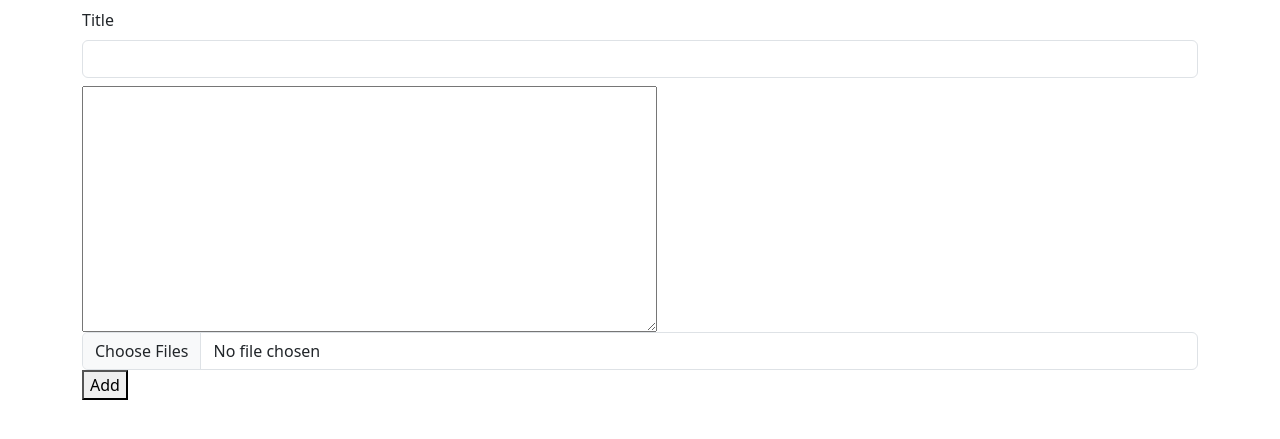
Repository: wasimalbokae2000/blogs
Page: http://localhost/posts/create
An editor plug-in stored every save of this project. The page is shown before and after the next save, followed by the edit.
The browser window is 1280 px wide. The pictures show the whole page.
The page is served by the project's Laravel application, run on PHP 8.4 with Laravel 12. Other server files are loaded and not shown.

Above is the page before, as saved 2024-11-27 23:15:22.

### routes/web.php
<?php

use Illuminate\Support\Facades\Route;
use App\Http\Controllers\PostController;
Route::get('/', function () {
    return view('welcome');
});

Route::get('/posts', [PostController::class, "index"])->name("posts");
Route::get('/posts/create', [PostController::class, "create"] )->name("posts.create");
Route::POST('/posts/store', [PostController::class, "store"] )->name("posts.store");
Route::get('/posts/show/id={id?}', [PostController::class, "show"] )->name("posts.show");
Route::get('/posts/edit/id={id?}', [PostController::class, "edit"] )->name("posts.edit");
Route::POST('/posts/update/id={id?}', [PostController::class, "update"] )->name("posts.update");
Route::get('/posts/delete/id={id?}', [PostController::class, "destroy"] )->name("posts.delete");

### app/Http/Controllers/PostController.php
<?php

namespace App\Http\Controllers;

use App\Models\Post;
use Illuminate\Http\Request;

class PostController extends Controller
{
    /**
     * Display a listing of the resource.
     */
    public function index()
    {
        $posts=Post::all();
        return view("posts.index",compact("posts"));
    }

    /**
     * Show the form for creating a new resource.
     */
    public function create()
    {
        return view("posts.create");
    }

    /**
     * Store a newly created resource in storage.
     */
    public function store(Request $request)
    {

        $arr_images=array();
        if($images=$request->file("image"))
        {
            foreach($images as $image)
            {
                $imgName=$image->getClientOriginalName() . '-'. uniqid() . '.'.$image->getClientOriginalExtension();
                $arr_images[]=$imgName;
                 $image->move(public_path("/images"),$imgName);
            }
            // $imgName=$request->file("image")->getClientOriginalName() . '-'. uniqid() . '.'.$request->file("image")->getClientOriginalExtension();
        }
        $p=Post::create([
            "title"=>$request->title,
            "description"=>$request->description,
            "image"=>implode('|',$arr_images)
            ]);
        if($p)
        return redirect()->route('posts');
        return view("posts.index");
    }

    /**
     * Display the specified resource.
     */
    public function show($id)
    {
        $post=Post::find($id);
        return view("posts.show",compact("post"));
    }
    public function showForEdit($id)
    {

    }

    /**
     * Show the form for editing the specified resource.
     */
    public function edit($id)
    {
        $post=Post::find($id);
        return view("posts.edit",compact("post"));
    }

    /**
     * Update the specified resource in storage.
     */
    public function update(Request $request, $id)
    {
        $post=POST::find($id);
        $post->title=$request->title;
        $post->description=$request->description;
        if($request->hasFile("image"))
        {
            $imgName=$request->file("image")->getClientOriginalName() . '-'. uniqid() . '.'.$request->file("image")->getClientOriginalExtension();
           $request->file("image")->move(public_path("/images"),$imgName);
           $post->image=$imgName;
        }
        $post->save();
        return redirect()->route('posts');
    }

    /**
     * Remove the specified resource from storage.
     */
    public function destroy($id)
    {
        $post = Post::find($id);
        $post->delete();
        return redirect()->route('posts');
    }
}

### resources/views/posts/create.blade.php
<link href="https://cdn.jsdelivr.net/npm/bootstrap@5.3.3/dist/css/bootstrap.min.css" rel="stylesheet" integrity="sha384-QWTKZyjpPEjISv5WaRU9OFeRpok6YctnYmDr5pNlyT2bRjXh0JMhjY6hW+ALEwIH" crossorigin="anonymous">

<div class="container">
    <form action="{{ route("posts.store") }}" enctype="multipart/form-data" method="POST">
        @method("POST")
        @csrf
        <div class="mt-2 mb-2">
            <label for="title" class="form-label">Title</label>
            <input  class="form-control" id="title" >
        </div>
        <textarea name="description" cols="60" rows="10"></textarea>
        <input class="form-control" type="file" name="image[]" multiple>
        <button type="submit">Add</button>
    </form>
</div>

<script src="https://cdn.jsdelivr.net/npm/bootstrap@5.3.3/dist/js/bootstrap.bundle.min.js" integrity="sha384-YvpcrYf0tY3lHB60NNkmXc5s9fDVZLESaAA55NDzOxhy9GkcIdslK1eN7N6jIeHz" crossorigin="anonymous"></script>

Loaded but not shown: app/Http/Controllers/Controller.php (common file)

After the next save:
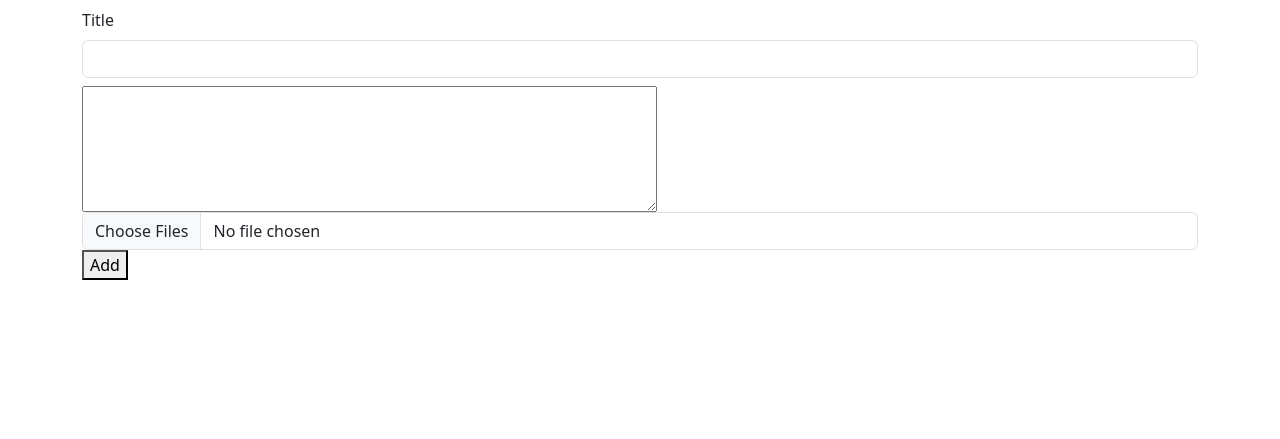
Saved 18 s later.
--- a/resources/views/posts/create.blade.php
+++ b/resources/views/posts/create.blade.php
@@ -8,7 +8,7 @@
             <label for="title" class="form-label">Title</label>
             <input  class="form-control" id="title" >
         </div>
-        <textarea name="description" cols="60" rows="10"></textarea>
+        <textarea name="description" cols="60" rows="5"></textarea>
         <input class="form-control" type="file" name="image[]" multiple>
         <button type="submit">Add</button>
     </form>
